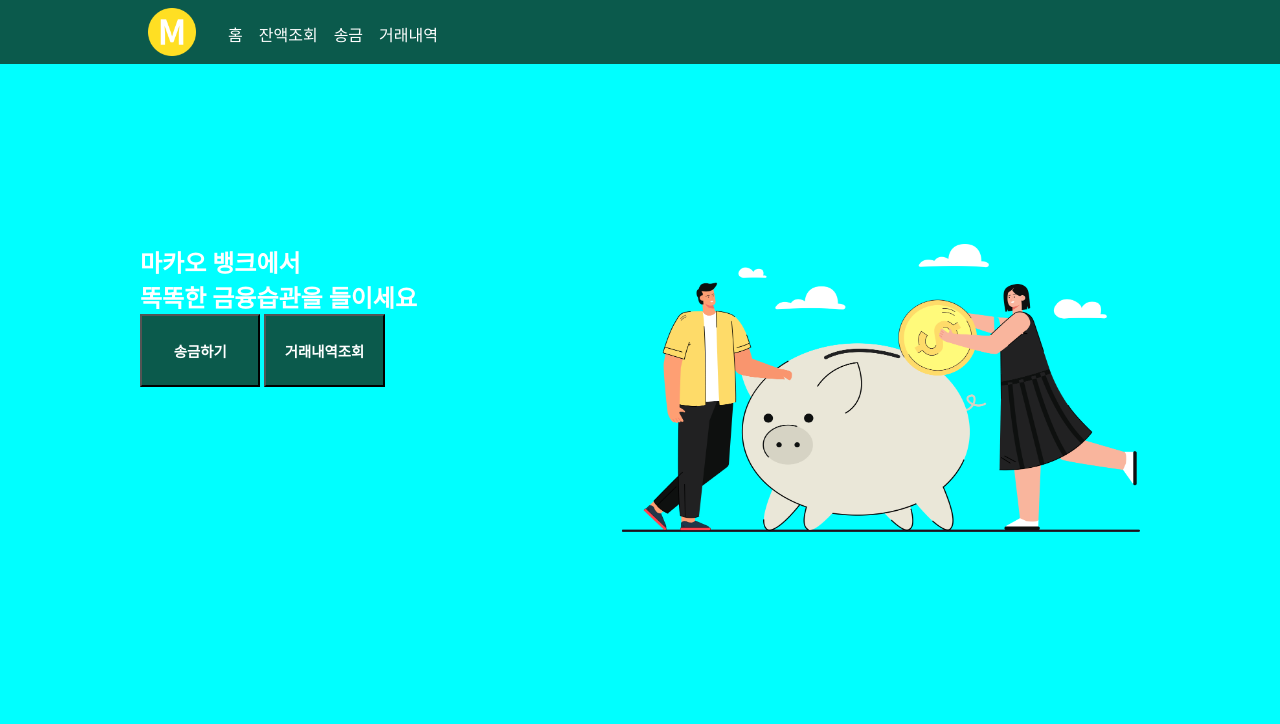
Repository: JiNookk/makaobank
Page: week06/makaoBank/index.html
An editor plug-in stored every save of this project. The page is shown before and after a run of saves, followed by the edit.
The browser window is 1280 px wide. The pictures show the whole page.

Above is the page before, as saved 2022-09-13 16:22:30.

After the next 2 saves:
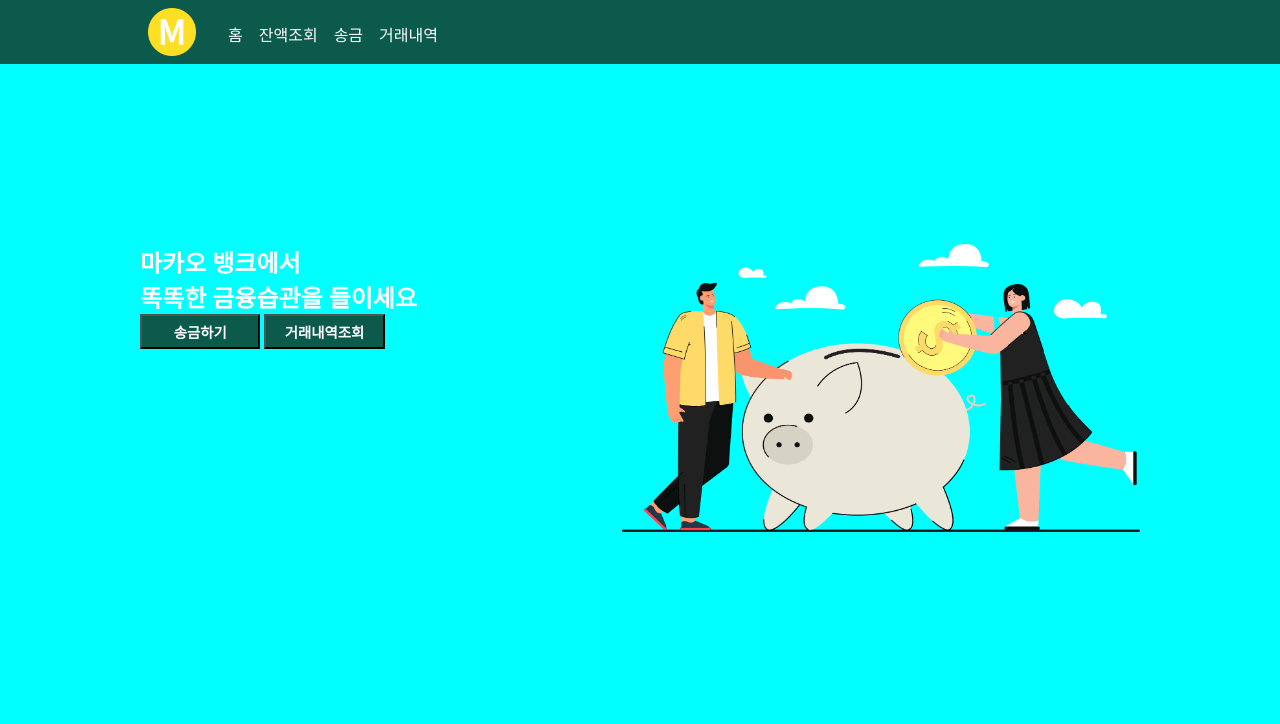
The 2 saves are shown as one change because they came seconds apart.
The last was saved 10 s later.
--- a/week06/makaoBank/css/elements.css
+++ b/week06/makaoBank/css/elements.css
@@ -38,7 +38,6 @@ a{
     padding: .3rem .8rem;
 
     width: 25%;
-    height: 25%;
 }
 
 #saving-image{
